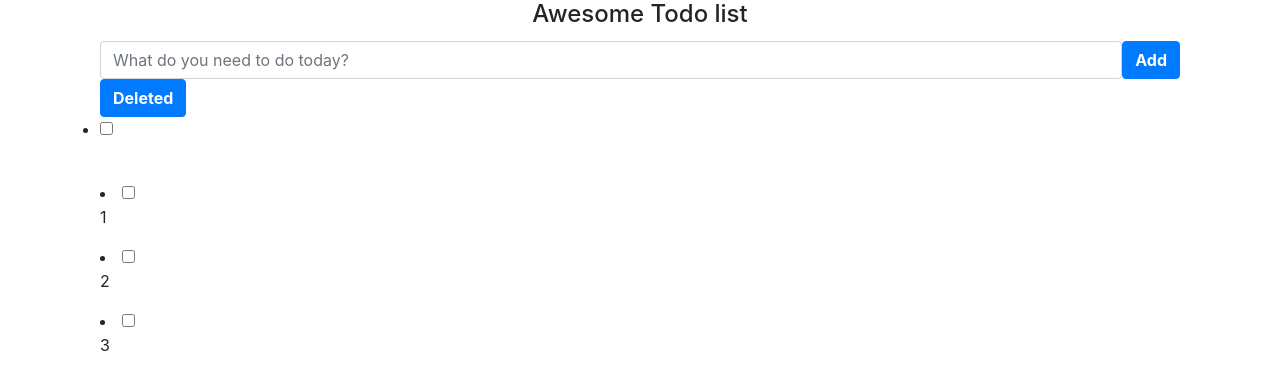
Repository: alohamylight/todolist
Page: index.html
The author's editor kept a copy of each file at every save. The page is drawn from the files as they stood at one save, then again after a run of saves.
The browser window is 1280 px wide. The pictures show the whole page.
Some web libraries are served in a nearby version.

Above is the page before, as saved 2021-05-28 12:44:27.

After the next 3 saves:
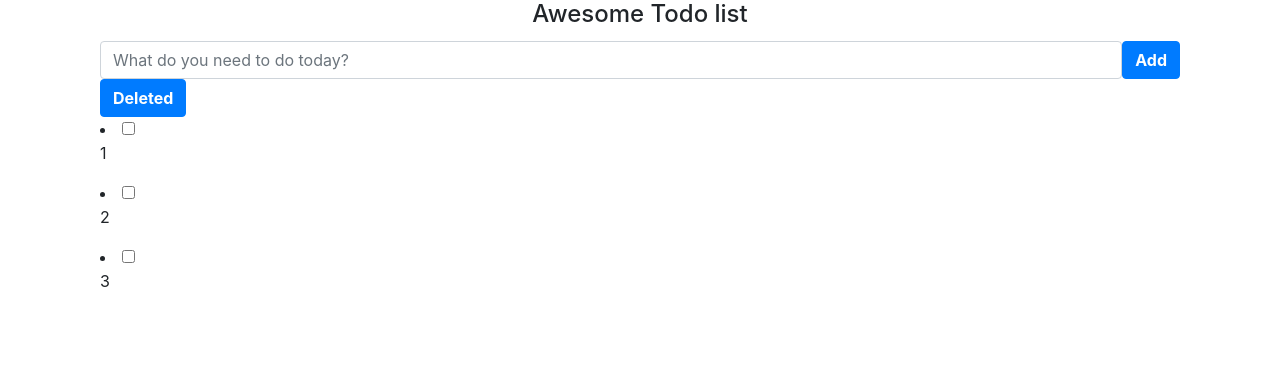
Console error: SyntaxError: Unexpected end of input
The 3 saves are shown as one change because they came seconds apart.
The last was saved 7 s later.
--- a/example.js
+++ b/example.js
@@ -57,4 +57,4 @@
 <label ></label>
 </li>
 `);
-todo.innerHTMM
+todo.innerHTML =

After the 2 saves that followed:
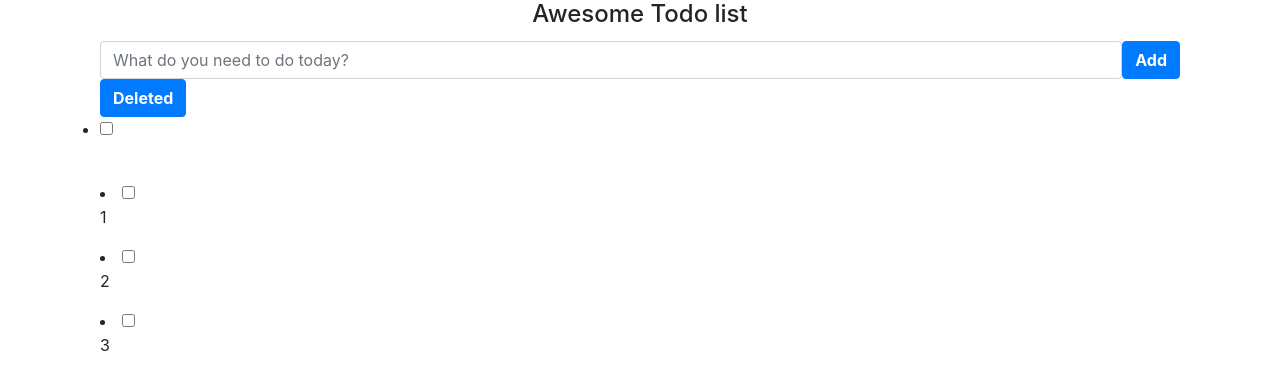
The error is gone.
The 2 saves are shown as one change because they came seconds apart.
The last was saved 17 s later.
--- a/example.js
+++ b/example.js
@@ -57,4 +57,4 @@
 <label ></label>
 </li>
 `);
-todo.innerHTML =
+todo.innerHTML;
